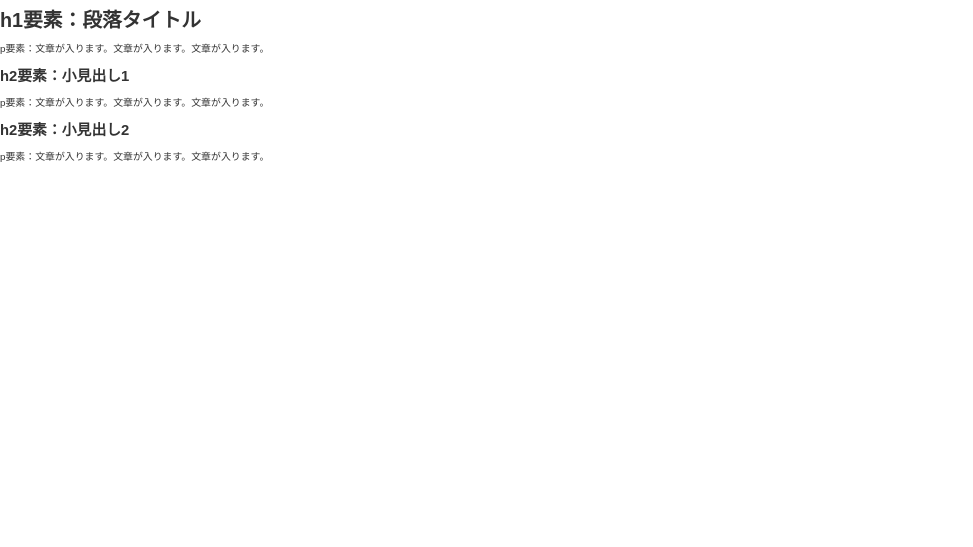
Repository: chiccha-ino/samurai_HTML-CSS
Page: index.html
The author's editor kept a record of every edit. The page is drawn from the files as they stood at one moment, then again after the next edit.
The browser window is 1280 px wide. The pictures show the whole page, at 76% of full size.
Pictures or frames that could not be fetched are drawn as grey boxes.

Above is the page before.

After the next edit:
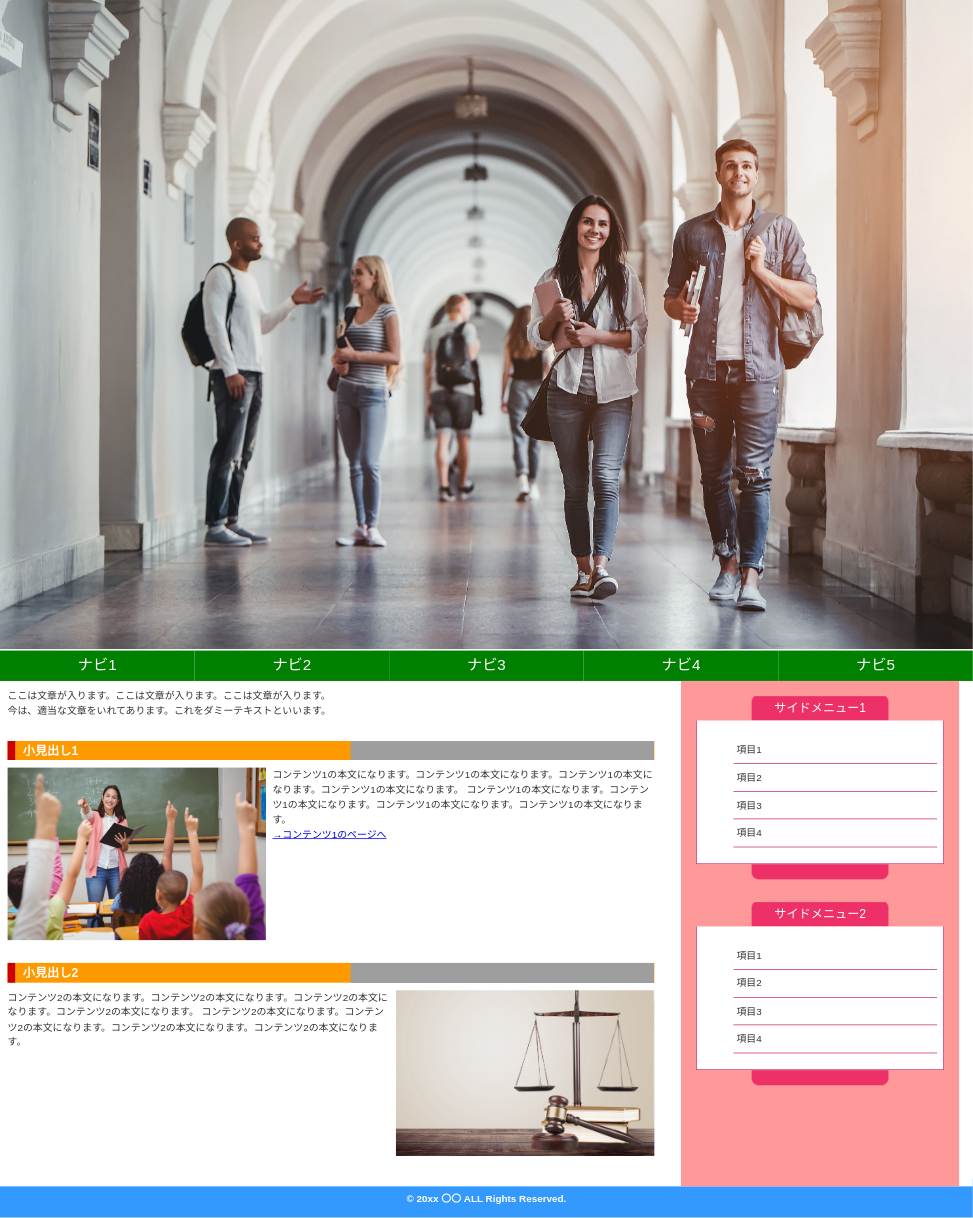
The edit:
--- a/index.html
+++ b/index.html
@@ -6,15 +6,70 @@
         <link rel="stylesheet" href="stylesheet.css">
     </head>
     <body>
-        <h1 class="blue">h1要素：段落タイトル</h1>
-        <p>p要素：文章が入ります。文章が入ります。文章が入ります。</p>
-        <h2 class="blue">h2要素：小見出し1</h2>
-        <p class="fs-25">
-            p要素：文章が入ります。文章が入ります。文章が入ります。
-        </p>
-        <h2 id="red">h2要素：小見出し2</h2>
-        <p style="fw-bold">
-            p要素：文章が入ります。文章が入ります。文章が入ります。
-        </p>
+        <div id="header">
+            <h1><a href="index.html"><img id="corridor" src="images/corridor.jpg" alt="大学の廊下" /></a></h1>
+        </div>
+        <div id="wrapper">
+            <div id="nav">
+                <ul>
+                    <li><a href="home.html">ナビ1</a></li>
+                    <li><a href="#">ナビ2</a></li>
+                    <li><a href="#">ナビ3</a></li>
+                    <li><a href="#">ナビ4</a></li>
+                    <li><a href="#">ナビ5</a></li>
+                </ul>
+            </div>
+            <div id="container">
+                <div id="main">
+                    <div class="post">
+                        <p>ここは文章が入ります。ここは文章が入ります。ここは文章が入ります。<br />今は、適当な文章をいれてあります。これをダミーテキストといいます。</p>
+                    </div>
+                    <div class="post clearfix">
+                        <h2>小見出し1</h2>
+                        <img class="left" src="images/classroom.jpg" alt="授業風景" />
+                        <p>
+                            コンテンツ1の本文になります。コンテンツ1の本文になります。コンテンツ1の本文になります。コンテンツ1の本文になります。
+                            コンテンツ1の本文になります。コンテンツ1の本文になります。コンテンツ1の本文になります。コンテンツ1の本文になります。
+                        </p>
+                        <p><a href="#">→コンテンツ1のページへ</a></p>
+                    </div>
+                    <div class="post clearfix">
+                        <h2>小見出し2</h2>
+                        <img class="right" src="images/scale.jpg" alt="天秤"/>
+                        <p>
+                            コンテンツ2の本文になります。コンテンツ2の本文になります。コンテンツ2の本文になります。コンテンツ2の本文になります。
+                            コンテンツ2の本文になります。コンテンツ2の本文になります。コンテンツ2の本文になります。コンテンツ2の本文になります。
+                        </p>
+                    </div>
+                </div>
+                <div id="side">
+                    <div class="box">
+                        <h2>サイドメニュー1</h2>
+                        <div class="boxBody">
+                            <ul>
+                                <li>項目1</li>
+                                <li>項目2</li>
+                                <li>項目3</li>
+                                <li>項目4</li>
+                            </ul>
+                        </div>
+                    </div>
+                    <div class="box">
+                        <h2>サイドメニュー2</h2>
+                        <div class="boxBody">
+                            <ul>
+                                <li>項目1</li>
+                                <li>項目2</li>
+                                <li>項目3</li>
+                                <li>項目4</li>
+                            </ul>
+                        </div>
+                    </div>
+                </div>
+            </div>
+        </div>
+        <div id="fotter">
+            <p>&copy; 20xx 〇〇 ALL Rights Reserved.</p>
+        </div>
     </body>
 </html>
